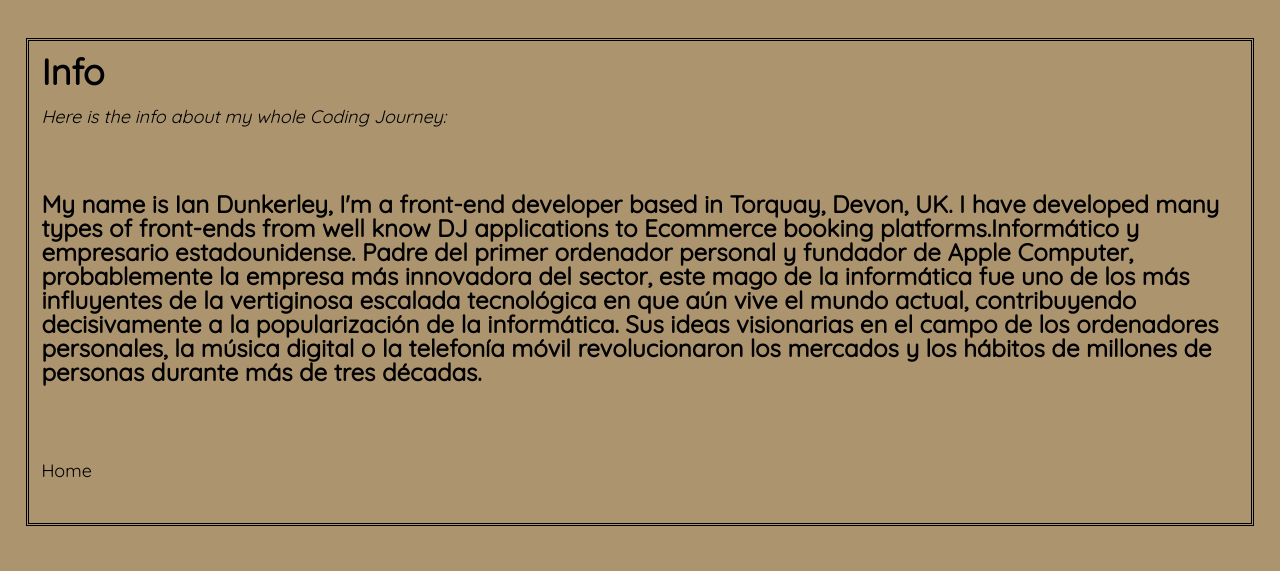
Repository: rickypcyt/ricky-react-portfolio
Page: /Info
The author's editor kept a copy of each file at every save. The page is drawn from the files as they stood at one save, then again after the next save.
The browser window is 1280 px wide. The pictures show the whole page.
The project was rebuilt for these pictures with package versions that can differ from the ones it lists, and the page was loaded fresh each time. Also part of the build but not shown: src/Content.js, src/pages/Projects.js, src/pages/Contact.js, src/pages/WebMural.js, src/pages/NotesJS.js.

Above is the page before, as saved 2022-09-12 15:10:01.

### src/index.js
import React from "react";
import ReactDOM from "react-dom/client";
import "./index.css";
import App from "./App";
import reportWebVitals from "./reportWebVitals";
import { BrowserRouter, Routes, Route, Switch } from "react-router-dom";

const root = ReactDOM.createRoot(document.getElementById("root"));
root.render(
  <React.StrictMode>
    <BrowserRouter>
      <App />
    </BrowserRouter>
  </React.StrictMode>
);

// If you want to start measuring performance in your app, pass a function
// to log results (for example: reportWebVitals(console.log))
// or send to an analytics endpoint. Learn more: https://bit.ly/CRA-vitals
reportWebVitals();

### src/index.css
@import url("https://fonts.googleapis.com/css2?family=Quicksand");

input[type="file"] {
  display: none;
}
.container {
  top: 0%;
  left: 0%;
}
::marker {
  display: none;
}
.image-container {
  width: 100%;
  margin: auto;
  display: flex;
  flex-direction: row;
  justify-content: space-evenly;
  gap: 15px;
  padding: 10px;
}
body {
  line-height: 1;
  font-family: "Quicksand";
  font-size: large;
  margin: 2%;
  padding: 1%;
  border-style: double;
  margin-top: 3%;
  background: #ac946e;
}
ol {
  list-style: none;
  display: flex;
  padding: 0;
  justify-content: space-between;
  align-items: flex-start;
  display: flex;
  flex-wrap: wrap;
  align-content: center;
}
.content {
  position: absolute;
  right: calc(var(--pad) * 2);
  bottom: calc(var(--pad) * 2);
  white-space: nowrap;
}
.parrafo {
  line-height: 1.5;
  text-align: end;
  font-size: larger;
}
.parrafo span {
  display: block;
}
.titulo {
  margin: 0;
}
.oli {
  font-weight: bold;
  border-style: solid;
  font-size: x-large;
  padding: 1ch;
}
.descripcion {
  font-weight: lighter;
  font-style: oblique;
}
.oli:hover {
  color: black;
  border-style: dotted;
}
.page {
  padding-top: 2%;
  padding-bottom: 3%;
}
.pageContact {
  padding-top: 8%;
  padding-bottom: 9%;
}
.cabeceranavi {
  padding-bottom: 1%;
}
p {
  font-weight: bold;
}
a {
  color: black;
  text-decoration: none;
  padding: 0ch;
}
span {
  font-size: larger;
}
li {
  width: 7%;
  height: 10%;
}
ul {
  list-style-type: none;
  margin: 0%;
  display: flex;
  align-items: center;
  flex-direction: row;
  padding-top: 5%;
  padding-bottom: 5%;
  padding-left: 0%;
  justify-content: space-around;
}
.imagenes {
  display: block;
  height: auto;
  width: auto;
  padding-top: 5%;
  padding-bottom: 5%;
}

.imagenesproyect {
  position: relative;
}
.fixer {
  display: flex;
  flex-direction: row;
  justify-content: space-evenly;
  padding-bottom: 3%;
}
.overlay {
  position: absolute;
  top: 0.83cm;

  background: rgb(0, 0, 0);
  background: rgb(2, 0.3, 0.9, 0.6); /* Black see-through */
  color: #f1f1f1;
  width: 100%;
  transition: 0.5s ease;
  color: white;
  text-align: center;
  font-size: 20px;
  padding-top: 20px;
  padding-bottom: 20px;
  opacity: 0;
}
.imagenesproyect:hover .overlay {
  opacity: 1;
}
.overlay2 {
  position: absolute;
  bottom: 8%;
  background: rgb(0, 0, 0);
  background: rgba(40, 40, 40, 0.6); /* Black see-through */
  color: #f1f1f1;
  width: 100%;
  transition: 0.5s ease;
  color: white;
  text-align: center;
  font-size: 20px;
  padding-top: 20px;
  padding-bottom: 20px;
  opacity: 0;
}
.imagenesproyect:hover .overlay2 {
  opacity: 1;
}

.homeinfo {
  font-size: x-large;
}

@media screen and (max-width: 1340px) {
  .fixer {
    flex-direction: column;
    justify-content: center;
  }
  .imagenes {
    height: auto;
    width: 100%;
  }
  ol {
  }
}

.image-container {
  width: auto;
  margin: auto;
  /* display: flex; */
  flex-wrap: wrap;
  gap: 15px;
  padding: 10px;
}

.image-container img {
  max-width: 100%;
  max-height: 225px;
}

.container .image-container .image {
  border: 4px solid black;
  overflow: hidden;
  /* cursor: pointer; */
}

.container .image-container .image img {
  height: 100%;
  width: 100%;
}
@media (max-width: 700px) {
  .image-container img {
    max-height: -10px;
  }
}

.image:hover {
  transform: scale(1.15); /* (150% zoom - Note: if the zoom is too large, it will go outside of the viewport) */
}

### src/App.js
import Content from "./Content";
import Info from "./pages/Info";
import Projects from "./pages/Projects";
import Contact from "./pages/Contact";
import WebMural from "./pages/WebMural";
import NotesJS from "./pages/NotesJS";
import { Route, Routes, Switch } from "react-router-dom";

function App() {
  return (
    <>
      <Routes>
        <Route path="/" element={<Content />}/>
        <Route path="/Projects" element={<Projects />} />
        <Route path="/Info" element={<Info />} />
        <Route path="/Contact" element={<Contact />} />
        <Route path="/WebMural" element={<WebMural />} />
        <Route path="/NotesJS" element={<NotesJS />} />
      </Routes>
    </>
  );
}
export default App;

### src/pages/Info.js
import { Link, useMatch, useResolvedPath } from "react-router-dom";
export default function Info() {
  return (
    <main>
      <div id="Page">
        <div className="cabecera">
          <h1 className="titulo">Info </h1>
          <p className="descripcion">
            Here is the info about my whole Coding Journey:
          </p>
        </div>
        <div className="separador">
          <section className="page" style={{ display: "block", opacity: 1 }}>
            <div className="homeinfo">
              <p>
                My name is Ian Dunkerley, I'm a front-end developer based in
                Torquay, Devon, UK. I have developed many types of front-ends
                from well know DJ applications to Ecommerce booking
                platforms.Informático y empresario estadounidense. Padre del
                primer ordenador personal y fundador de Apple Computer,
                probablemente la empresa más innovadora del sector, este mago de
                la informática fue uno de los más influyentes de la vertiginosa
                escalada tecnológica en que aún vive el mundo actual,
                contribuyendo decisivamente a la popularización de la
                informática. Sus ideas visionarias en el campo de los
                ordenadores personales, la música digital o la telefonía móvil
                revolucionaron los mercados y los hábitos de millones de
                personas durante más de tres décadas.
              </p>
            </div>
          </section>
          <nav className="cabeceranavi">
            <ol>
              <div >
                <CustomLink to="/">Home</CustomLink>
              </div>
            </ol>
          </nav>
        </div>
      </div>
    </main>
  );
}

function CustomLink({ to, children, ...props }) {
  const resolvedPath = useResolvedPath(to);
  const isActive = useMatch({ path: resolvedPath.pathname, end: true });
  return (
    <li className={isActive ? "active" : ""}>
      <Link to={to} {...props}>
        {children}
      </Link>
    </li>
  );
}

Loaded but not shown: public/index.html (common file); src/reportWebVitals.js (common file)

After the next save:
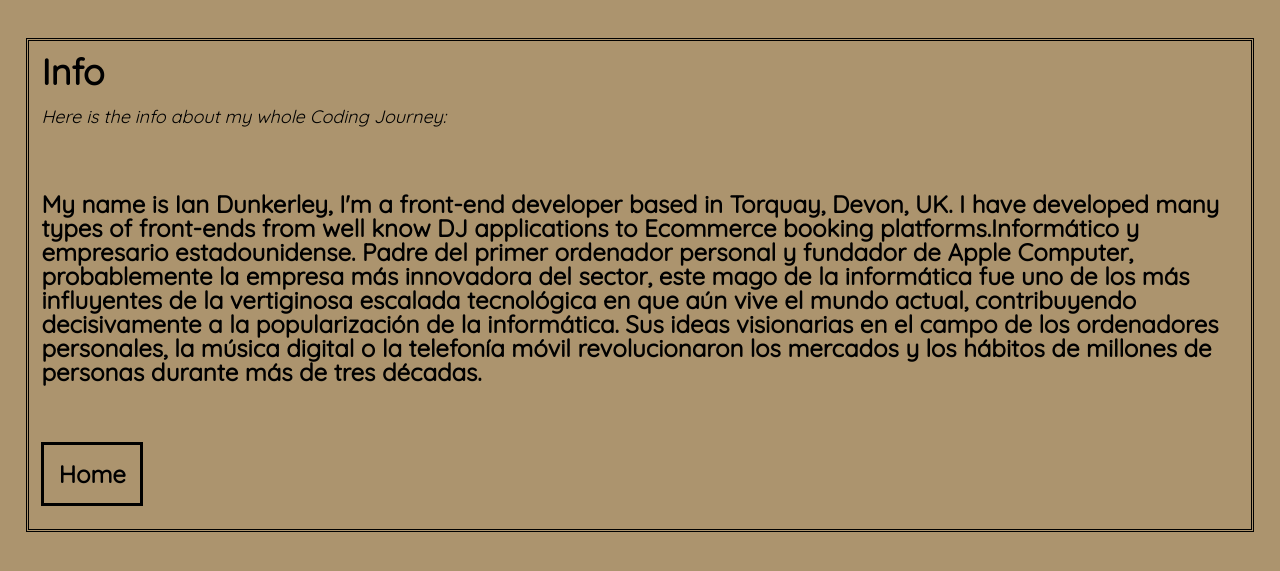
Saved 4 s later.
--- a/src/pages/Info.js
+++ b/src/pages/Info.js
@@ -31,8 +31,10 @@ export default function Info() {
           </section>
           <nav className="cabeceranavi">
             <ol>
-              <div >
-                <CustomLink to="/">Home</CustomLink>
+              <div>
+                <CustomLink to="/" className="oli">
+                  Home
+                </CustomLink>
               </div>
             </ol>
           </nav>
